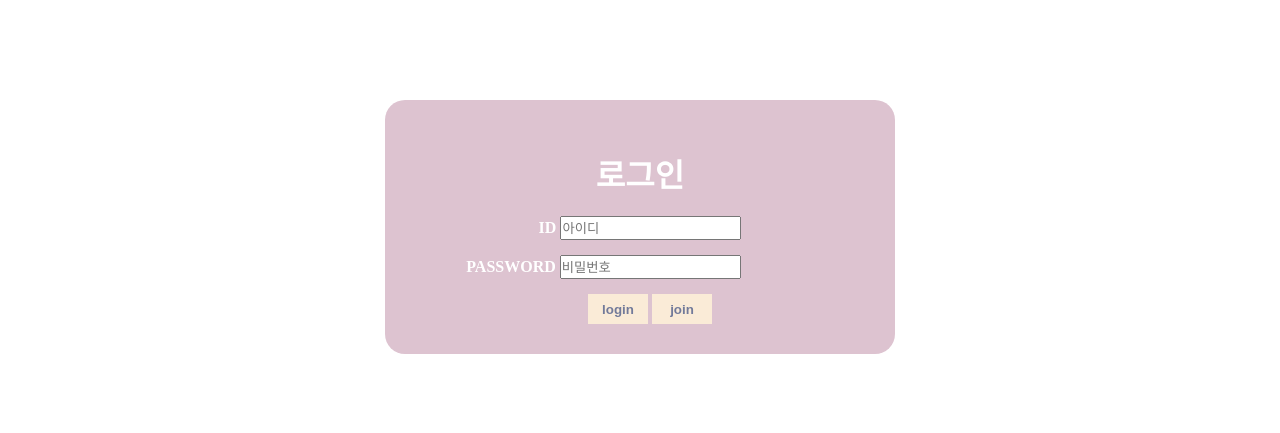
Repository: kayoyo/jsp
Page: http://localhost/BoardWeb_4/login
These files come from the project's save history. The page is drawn as it stood at one moment and after the next save; the edit follows.
The browser window is 1280 px wide. The pictures show the whole page.
The page is served by Tomcat 9. Other server files are loaded and not shown.

Above is the page before, as saved 2020-08-28 07:24:16.

### BoardWeb_4/WebContent/WEB-INF/jsp/user/login.jsp
<%@ page language="java" contentType="text/html; charset=UTF-8"
    pageEncoding="UTF-8"%>
<!DOCTYPE html>
<html>
<head>
<meta charset="UTF-8">
<style>
* { margin:0; padding: 0; }
*:focus{
	outline:none;
}
 a {text-decoration:none; color: black;}
 .err {color: #585858;}
 #container {width: 450px; background-color: #ddc3d0;
 			margin: 0 auto; padding:30px; text-align:center; margin-top: 100px; border-radius: 20px 20px 20px 20px;}
 h1 {margin: 20px; color: white;}
 .pw {margin-right: 73px;}
 .pw, .id {color: white; margin-bottom: 15px; font-weight:bold;}
 input {height : 20px;}
 #loginBtn {width: 60px; height: 30px; margin-left: 20px;
 		color: #727A9A; background-color: #faebd7; font-weight:bold; border:none;}
 #joinBtn {width: 60px; height: 30px; display: inline-block;
 		color: #727A9A; background-color: #faebd7; font-weight:bold; border:none; }



</style>
<title>로그인</title>
</head>
<body>
	<div id="container">
		<h1>로그인</h1>
	<div class="err">${msg}</div>
		<form action="/login" method="post" id="logFrom">
	<div class="id">ID
		<input type="text" name="user_id" placeholder="아이디" value="${data.user_id}">
	</div>
	<div class="pw">PASSWORD
		<input type="password" name="user_pw" placeholder="비밀번호">
	</div>
	<div class="btn">
		<button type="submit" id="loginBtn">login</button>
		<button type="button" id="joinBtn" onclick="clkjoin()">join</button>
	</div>
	</form>
	</div>
	<script>
	function clkjoin(){
		location.href = '/join'
	}
	</script>
</body>
</html>

### BoardWeb_4/src/com/koreait/pjt/user/LoginSer.java
package com.koreait.pjt.user;

import java.io.IOException;
import javax.servlet.ServletException;
import javax.servlet.annotation.WebServlet;
import javax.servlet.http.HttpServlet;
import javax.servlet.http.HttpServletRequest;
import javax.servlet.http.HttpServletResponse;
import javax.servlet.http.HttpSession;

import com.koreait.pjt.Const;
import com.koreait.pjt.MyUtils;
import com.koreait.pjt.ViewResolver;
import com.koreait.pjt.db.UserDAO;
import com.koreait.pjt.vo.LoginHistroryVO;
import com.koreait.pjt.vo.UserVO;


@WebServlet("/login")
public class LoginSer extends HttpServlet {
	private static final long serialVersionUID = 1L;


	protected void doGet(HttpServletRequest request, HttpServletResponse response) throws ServletException, IOException {
		if(request.getRemoteAddr().equals("192.168.2.6")) {
			response.sendRedirect("/blockip");
		}

		ViewResolver.forword("user/login", request, response);
	}
	protected void doPost(HttpServletRequest request, HttpServletResponse response) throws ServletException, IOException {

		String user_id = request.getParameter("user_id");
		String user_pw = request.getParameter("user_pw");
		String encrypt_pw = MyUtils.encryptString(user_pw);

		UserVO param = new UserVO();
		param.setUser_id(user_id);
		param.setUser_pw(encrypt_pw);

		int result = UserDAO.login(param); //param의 주소값

		if(result !=1) {
			request.setAttribute("data", param);
			switch(result) {
			case 2 : request.setAttribute("msg", "비밀번호가 다릅니다");
			break;
			case 3 : request.setAttribute("msg", "아이디가 다릅니다");
			break;
			default : request.setAttribute("msg", "로그인을 실패했습니다");
			}
			param = null;
			doGet(request, response);
			return;
		}

		//로그인 히스토리 기록
		String agent = request.getHeader("User-Agent");
		System.out.println("agent : " + agent);
		String os = getOs(agent);
		String browser = getBrowser(agent);
		String ip_addr = request.getRemoteAddr();

		System.out.println("os : " + os);
		System.out.println("browser : " + browser);
		System.out.println("ip_addr : " + ip_addr);

		LoginHistroryVO ulhVO = new LoginHistroryVO();
		ulhVO.setI_user(param.getI_user());
		ulhVO.setOs(os);
		ulhVO.setIp_addr(ip_addr);
		ulhVO.setBrowser(browser);
		UserDAO.insUserLoginHistory(ulhVO);


		HttpSession hs = request.getSession();
		hs.setAttribute(Const.LOGIN_USER, param);

		System.out.println("로그인 성공");
		response.sendRedirect("/board/list");

	}
	private String getBrowser(String agent) {
		if(agent.toLowerCase().contains("msie")) {
			return "IE";
		} else if(agent.toLowerCase().contains("chrome")) {
			return "chrome";
		} else if(agent.toLowerCase().contains("safari")) {
			return "safari";
		}
		return "";
	}
	private String getOs(String agent) {

		if(agent.contains("mac")) {
			return "mac";
		} else if(agent.toLowerCase().contains("windows")) {
			return "windows";
		} else if(agent.toLowerCase().contains("x11")) {
			return "linux";
		} else if(agent.toLowerCase().contains("android")) {
			return "android";
		} else if(agent.toLowerCase().contains("iphone")) {
			return "ios";
		}
		return "";
	}

}

### BoardWeb_4/src/com/koreait/pjt/ViewResolver.java
package com.koreait.pjt;

import java.io.IOException;

import javax.servlet.ServletException;
import javax.servlet.http.HttpServlet;
import javax.servlet.http.HttpServletRequest;
import javax.servlet.http.HttpServletResponse;

public class ViewResolver {
	public static void forword(String fileNm, HttpServletRequest request, HttpServletResponse response) throws ServletException, IOException{
		String jsp = String.format("/WEB-INF/jsp/%s.jsp", fileNm);
		request.getRequestDispatcher(jsp).forward(request, response);

	}

	//로그인 체크
	public static void forwordLoginChk(String fileNm, HttpServletRequest request, HttpServletResponse response) throws ServletException, IOException {

		if(MyUtils.isLogout(request)) {
			response.sendRedirect("/login"); //로그인이 안되어 있을 때
			return;
		}
		ViewResolver.forword(fileNm, request, response);
	}

}

After the next save:
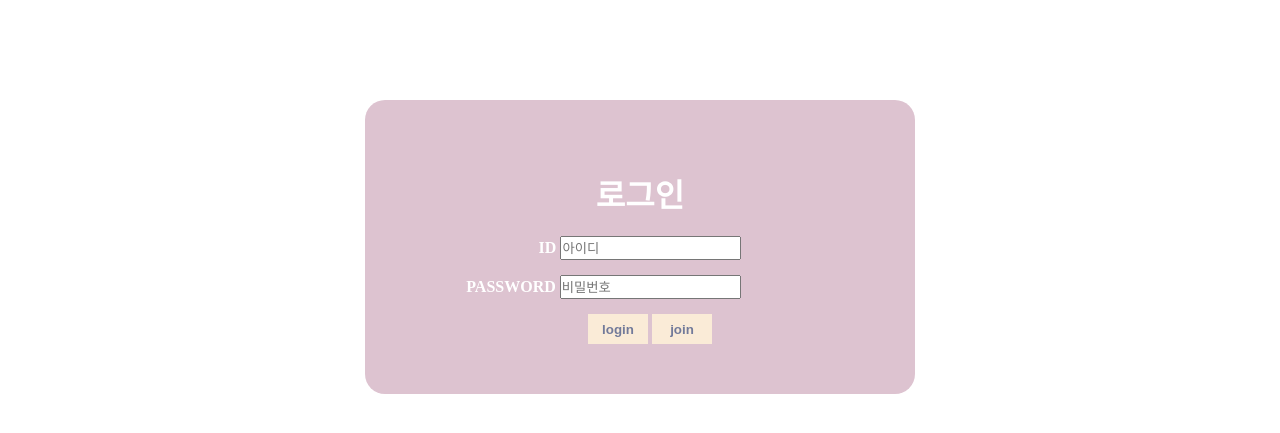
Saved 72 s later.
--- a/BoardWeb_4/WebContent/WEB-INF/jsp/user/login.jsp
+++ b/BoardWeb_4/WebContent/WEB-INF/jsp/user/login.jsp
@@ -12,7 +12,7 @@
  a {text-decoration:none; color: black;}
  .err {color: #585858;}
  #container {width: 450px; background-color: #ddc3d0;
- 			margin: 0 auto; padding:30px; text-align:center; margin-top: 100px; border-radius: 20px 20px 20px 20px;}
+ 			margin: 0 auto; padding:50px; text-align:center; margin-top: 100px; border-radius: 20px 20px 20px 20px;}
  h1 {margin: 20px; color: white;}
  .pw {margin-right: 73px;}
  .pw, .id {color: white; margin-bottom: 15px; font-weight:bold;}
